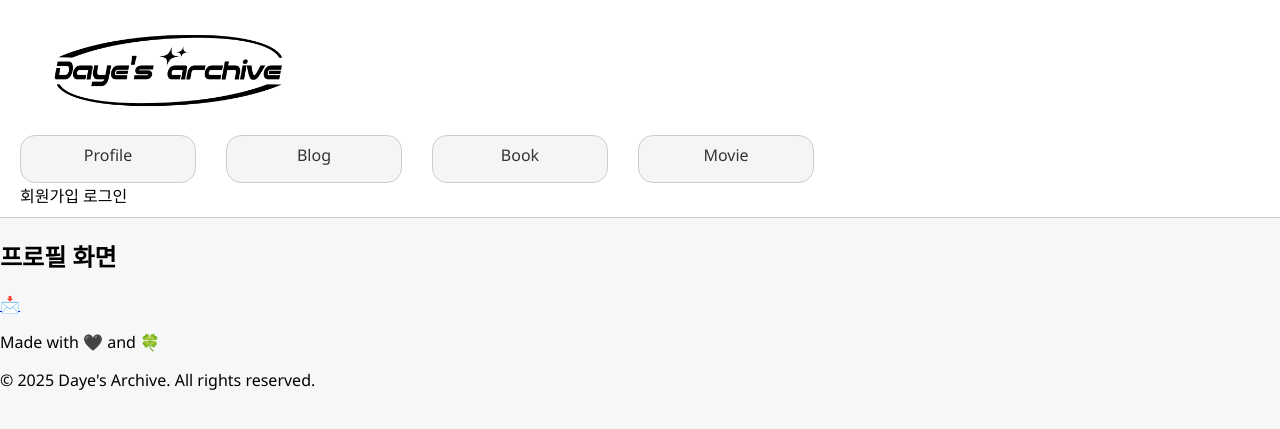
Repository: HWANG-DAYE/spring_project
Page: http://localhost/daye_archive/WEB-INF/views/profile.jsp
An editor plug-in stored every save of this project. The page is shown before and after the next save, followed by the edit.
The browser window is 1280 px wide. The pictures show the whole page.
The page is served by Tomcat 9. Nobody is signed in. Other server files are loaded and not shown. The template is opened directly, without the code that normally fills it, so the values that code supplies are empty.

Above is the page before, as saved 2025-08-07 05:05:43.

### daye_archive/src/main/webapp/WEB-INF/views/profile.jsp
<%@ page language="java" contentType="text/html; charset=UTF-8"
    pageEncoding="UTF-8"%>
<%@ taglib uri="http://java.sun.com/jsp/jstl/core" prefix="c"%>
<!DOCTYPE html>
<html>
<head>
<meta charset="UTF-8">
<title>profile</title>
<style>

</style>
</head>
<body>
	<header>
		<jsp:include page="navi.jsp" />
	</header>
	<h2>프로필 화면</h2>
	<footer>
		<jsp:include page="footer.jsp" />
	</footer>
</body>
</html>

### daye_archive/src/main/webapp/WEB-INF/views/navi.jsp
<%@ page language="java" contentType="text/html; charset=UTF-8"
	pageEncoding="UTF-8"%>
<%@ taglib uri="http://java.sun.com/jsp/jstl/core" prefix="c"%>
<!DOCTYPE html>
<html>
<head>
<meta charset="UTF-8">
<title>Insert title here</title>
<style>
body {
	margin: 0;
	font-family: 'Segoe UI', Tahoma, Geneva, Verdana, sans-serif;
	background-color: #f7f7f7;
}

header {
	justify-content: space-between;
	align-items: center;
	padding: 10px 20px;
	background-color: #ffffff;
	border-bottom: 1px solid #ccc;
}

.logo-img {
	height: 80px;
	padding: 20px 30px;
	object-fit: contain;
}

.container {
	display: flex;
	padding: 20px;
}

.nav-links {
	display: flex;
	gap: 30px;
	justify-content: flex-start;
}

.nav-links a {
	width: 150px;
	height: 30px;
	text-decoration: none;
	text-align: center;
	color: #333;
	padding: 8px 12px;
	border-radius: 15px;
	border: 1px solid #ccc;
	background-color: #f5f5f5;
	transition: background-color 0.2s;
	display: flex;
	align-items: left;
	justify-content: center;
}

.nav-links a:hover {
	background-color: #e0e0e0;
}

.sign a{
	text-decoration: none;
	gap: 20px;
	text-align: right;
	color: black;
}
</style>
</head>
<body>
	<!-- 로고 클릭 시 메인으로 이동 -->
	<div class="logo">
		<a href="<c:url value='/main.jsp' />">
		<img src="<c:url value='/resources/images/logo1.png' />" alt="Logo" class="logo-img">
		</a>
	</div>

	<!-- 메뉴 링크들 -->
	<nav class="nav-links">
		<a href="<c:url value='/profile' />">Profile</a>
		<a href="<c:url value='/blog.jsp' />">Blog</a>
		<a href="<c:url value='/booklist.jsp' />">Book</a>
		<a href="<c:url value='/movielist.jsp' />">Movie</a>
	</nav>

	<!-- 로그인/회원가입 -->
	<div class="sign">
		<a href="<c:url value='/register.jsp' />">회원가입</a>
		<a href="<c:url value='/login.jsp' />">로그인</a>
	</div>

</body>
</html>

### daye_archive/src/main/webapp/WEB-INF/views/footer.jsp
<%@ page language="java" contentType="text/html; charset=UTF-8"
    pageEncoding="UTF-8"%>
<%@ taglib uri="http://java.sun.com/jsp/jstl/core" prefix="c"%>
<!DOCTYPE html>
<html>
<head>
<meta charset="UTF-8">
<title>Insert title here</title>
</head>
<body>
	<footer>
	    <a href="mailto:sindy1345@gmail.com">📩</a>
	    <p>Made with 🖤 and 🍀</p>
	    <p>© 2025 Daye's Archive. All rights reserved.</p>
	</footer>
</body>
</html>

After the next save:
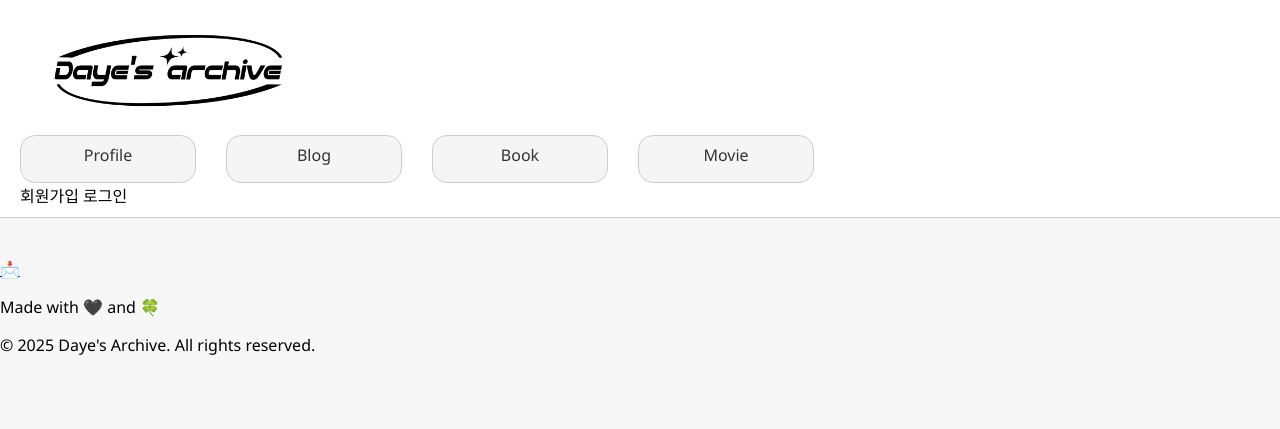
Saved 115 s later.
--- a/daye_archive/src/main/webapp/WEB-INF/views/profile.jsp
+++ b/daye_archive/src/main/webapp/WEB-INF/views/profile.jsp
@@ -14,7 +14,10 @@
 	<header>
 		<jsp:include page="navi.jsp" />
 	</header>
-	<h2>프로필 화면</h2>
+	<div class="container">
+
+
+	</div>
 	<footer>
 		<jsp:include page="footer.jsp" />
 	</footer>
